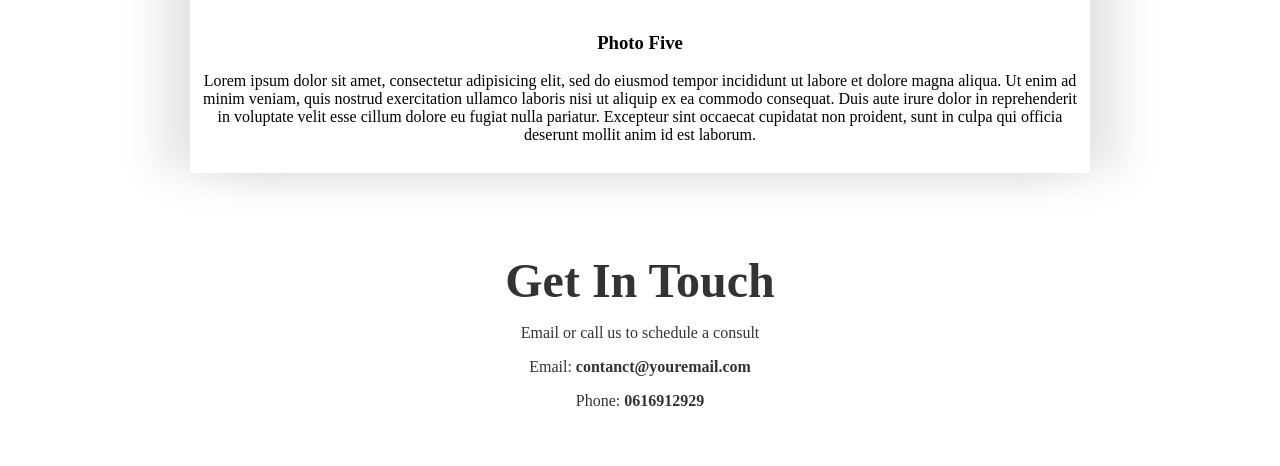
Repository: konstantin0s/mobile-photography
Page: index.html
The author's editor kept a copy of each file at every save. The page is drawn from the files as they stood at one save, then again after the next save.
The browser window is 1280 px wide. The pictures show the part of the page from y = 4062 to 4546 px (the page is 4528 px tall before and 4546 px after).

Above is the page before, as saved 2019-05-11 14:42:44.

After the next save:
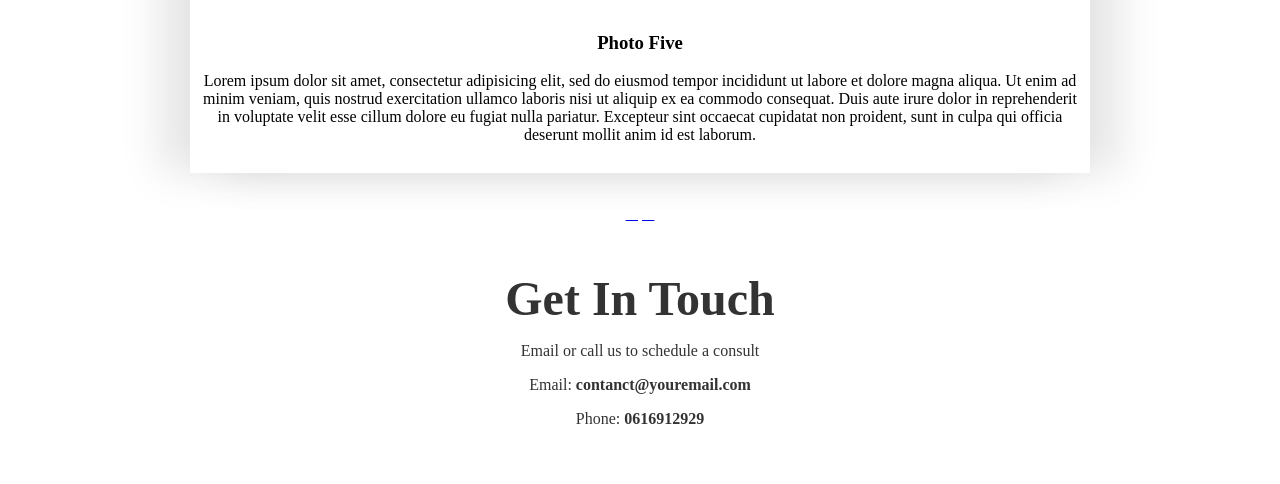
Saved 26 s later.
--- a/index.html
+++ b/index.html
@@ -4,6 +4,7 @@
     <meta charset="utf-8">
     <meta name="viewport" content="width=device-width, initial-scale=1.0">
     <meta http-equiv="X-UA-Compatible" content="ie=edge">
+    <link rel="stylesheet" href="https://cdnjs.cloudflare.com/ajax/libs/font-awesome/4.7.0/css/font-awesome.min.css">
     <link rel="stylesheet" href="css/style.css">
 
     <title>Mobile Photography</title>
